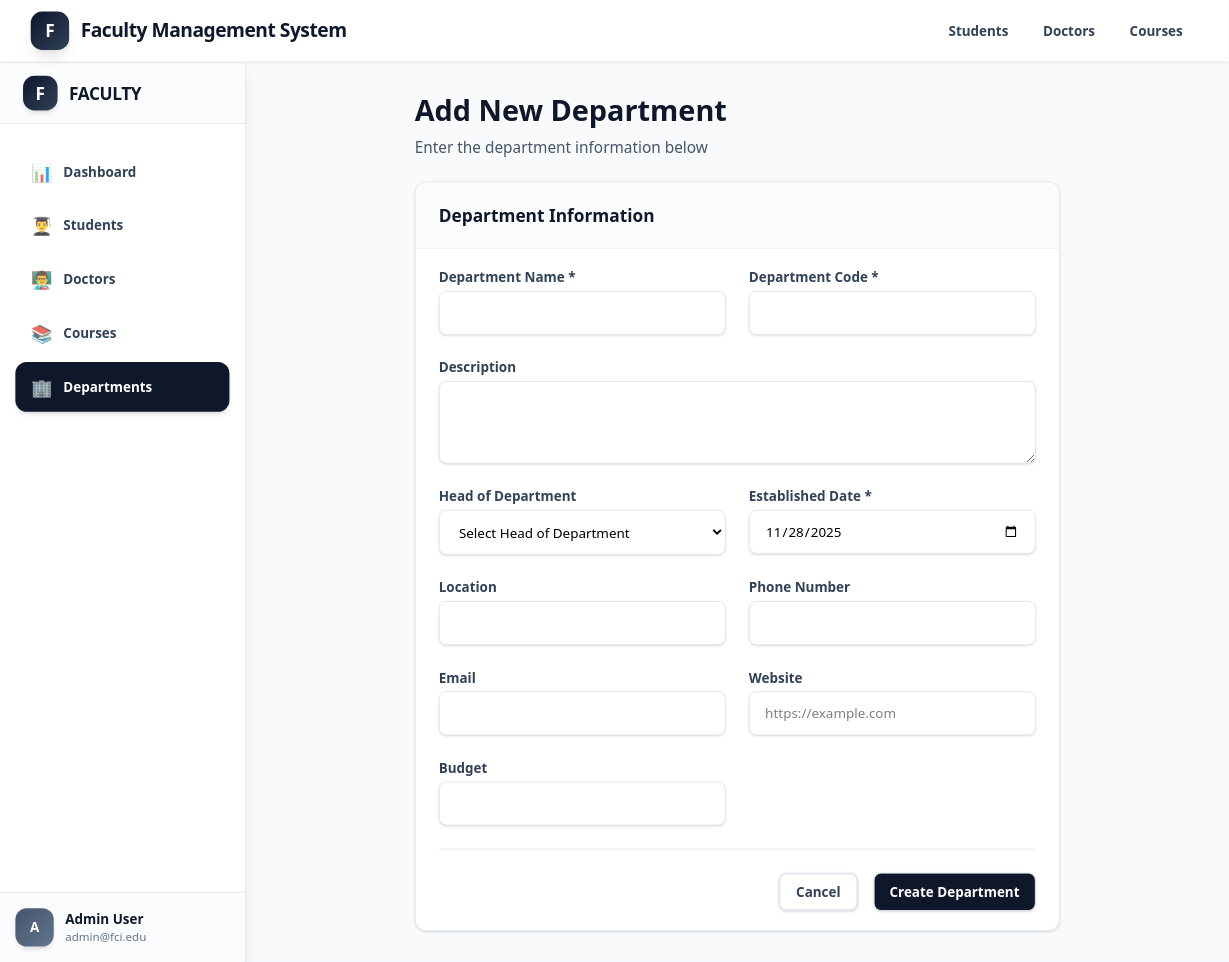
Repository: Mohamedmohsen179/Advanced-DB-Task
Page: /departments/new (app in frontend/)
The author's editor kept a copy of each file at every save. The page is drawn from the files as they stood at one save, then again after the next save.
The browser window is 1280 px wide. The pictures show the whole page, at 96% of full size.
The page's requests for data from a server got no answer. The project was rebuilt for these pictures with package versions that can differ from the ones it lists, and the page was loaded fresh each time. The framework's server and built-in components were replaced by stand-ins that run in the browser. No one was signed in, and anything a server would have sent is missing. Also part of the build but not shown: frontend/next.config.ts.

Above is the page before, as saved 2025-11-29 01:25:10.

After the next save:
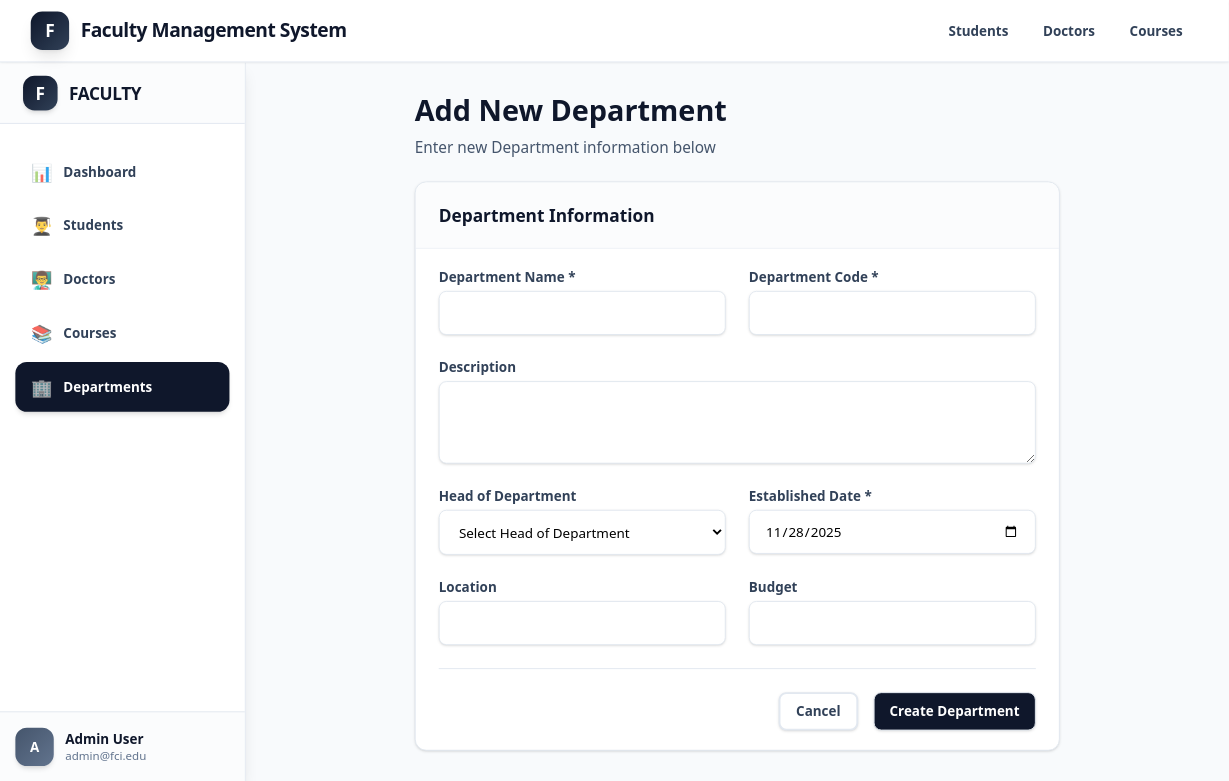
Saved 3 min 44 s later.
--- a/frontend/app/departments/new/page.tsx
+++ b/frontend/app/departments/new/page.tsx
@@ -42,11 +42,6 @@ export default function NewDepartmentPage() {
   };
 
   const handleInputChange = (e: React.ChangeEvent<HTMLInputElement | HTMLSelectElement | HTMLTextAreaElement>) => {
-    const { name, value } = e.target;
-    setFormData(prev => ({
-      ...prev,
-      [name]: name === 'budget' ? (value ? parseFloat(value) : undefined) : value,
-    }));
   };
 
   const handleSubmit = async (e: React.FormEvent) => {
@@ -60,11 +55,11 @@ export default function NewDepartmentPage() {
       if (response.success) {
         router.push('/departments');
       } else {
-        setError('Failed to create department');
+        setError('Failed to create the new Department');
       }
     } catch (err) {
-      setError('An error occurred while creating the department');
-      console.error('Error creating department:', err);
+      setError('An error occurred while creating the Department');
+      console.error('Error creating Department:', err);
     } finally {
       setLoading(false);
     }
@@ -75,7 +70,7 @@ export default function NewDepartmentPage() {
       <div className="mb-6">
         <h1 className="text-3xl font-bold text-slate-900">Add New Department</h1>
         <p className="mt-2 text-base text-slate-600">
-          Enter the department information below
+          Enter new Department information below
         </p>
       </div>
 
@@ -193,49 +188,6 @@ export default function NewDepartmentPage() {
                   name="location"
                   value={formData.location}
                   onChange={handleInputChange}
-                  className="text-black mt-1 block w-full border border-slate-300 rounded-lg px-4 py-3 text-sm focus:outline-none focus:ring-2 focus:ring-slate-500 focus:border-slate-500 transition-all duration-200 bg-white shadow-sm"
-                />
-              </div>
-
-              <div>
-                <label htmlFor="phoneNumber" className="block text-sm font-semibold text-slate-700">
-                  Phone Number
-                </label>
-                <input
-                  type="tel"
-                  id="phoneNumber"
-                  name="phoneNumber"
-                  value={formData.phoneNumber}
-                  onChange={handleInputChange}
-                  className="text-black mt-1 block w-full border border-slate-300 rounded-lg px-4 py-3 text-sm focus:outline-none focus:ring-2 focus:ring-slate-500 focus:border-slate-500 transition-all duration-200 bg-white shadow-sm"
-                />
-              </div>
-
-              <div>
-                <label htmlFor="email" className="block text-sm font-semibold text-slate-700">
-                  Email
-                </label>
-                <input
-                  type="email"
-                  id="email"
-                  name="email"
-                  value={formData.email}
-                  onChange={handleInputChange}
-                  className="text-black mt-1 block w-full border border-slate-300 rounded-lg px-4 py-3 text-sm focus:outline-none focus:ring-2 focus:ring-slate-500 focus:border-slate-500 transition-all duration-200 bg-white shadow-sm"
-                />
-              </div>
-
-              <div>
-                <label htmlFor="website" className="block text-sm font-semibold text-slate-700">
-                  Website
-                </label>
-                <input
-                  type="url"
-                  id="website"
-                  name="website"
-                  value={formData.website}
-                  onChange={handleInputChange}
-                  placeholder="https://example.com"
                   className="text-black mt-1 block w-full border border-slate-300 rounded-lg px-4 py-3 text-sm focus:outline-none focus:ring-2 focus:ring-slate-500 focus:border-slate-500 transition-all duration-200 bg-white shadow-sm"
                 />
               </div>
